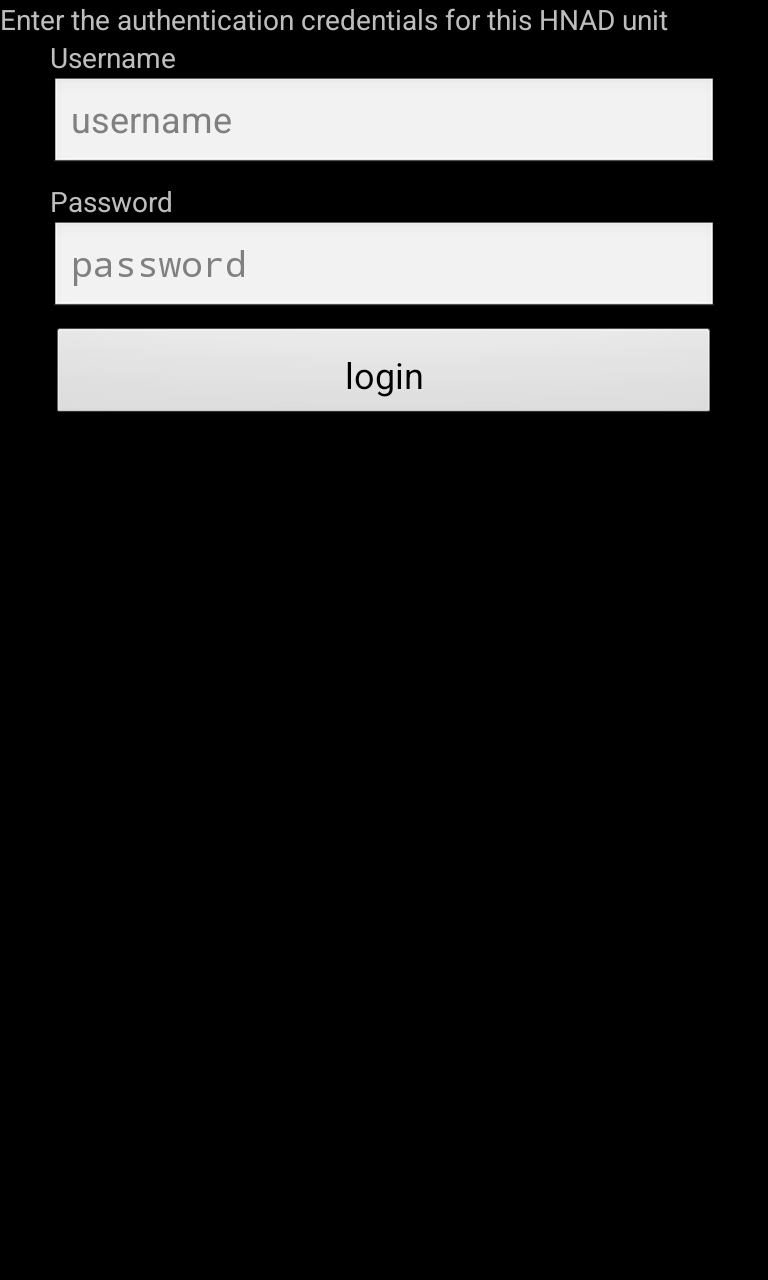
Repository: sergioenriquez/CSTE
Layout: HNAD/res/layout/login.xml
The author's editor kept a copy of each file at every save. The layout is drawn from the files as they stood at one save, then again after the next save.
It is drawn on a 768 x 1280 px phone screen (xhdpi) without system bars, with theme android:Theme.NoTitleBar; the app's code is not run.

Above is the layout before, as saved 2011-12-18 03:14:14.

### HNAD/res/layout/login.xml
<?xml version="1.0" encoding="utf-8"?>
<LinearLayout
    xmlns:android="http://schemas.android.com/apk/res/android"
    android:orientation="vertical"
    android:layout_width="fill_parent"
    android:layout_height="fill_parent">
    <TextView
	    android:layout_width="fill_parent"
	    android:layout_height="wrap_content"
	    android:text="Enter the authentication credentials for this HNAD unit" />
	<TextView
	    android:layout_width="fill_parent"
	    android:layout_height="wrap_content"
	    android:layout_marginLeft="25dp"
	    android:text="Username" />
	<EditText
        android:id="@+id/authUserLink"
        android:layout_width="match_parent"
        android:layout_height="wrap_content"
        android:layout_marginLeft="25dp"
        android:layout_marginRight="25dp"
        android:layout_marginBottom="5dp"
        android:inputType="text"
        android:singleLine="true"
        android:hint="username" />
	<TextView
	    android:layout_width="fill_parent"
	    android:layout_height="wrap_content"
	    android:layout_marginLeft="25dp"
	    android:text="Password" />
	<EditText
        android:id="@+id/authPassword"
        android:layout_width="match_parent"
        android:layout_height="wrap_content"
        android:layout_marginLeft="25dp"
        android:layout_marginRight="25dp"
        android:layout_marginBottom="5dp"
        android:password="true"
        android:singleLine="true"
        android:hint="password" />
	<LinearLayout
        android:orientation="horizontal"
        android:layout_width="match_parent"
        android:layout_height="wrap_content"
        android:layout_marginLeft="25dp"
        android:layout_marginRight="25dp">

	    <Button
	        android:id="@+id/authLogin"
	        android:text="login"
            android:layout_height="wrap_content"
            android:layout_width="match_parent"
            android:textSize="18dp"
            android:singleLine="true"
            android:layout_weight="3"
            android:layout_gravity="right"
            android:padding="12dp"
            android:gravity="center" />
	    <CheckBox
	        android:id="@+id/remember"
	        android:text="Remember account"/>
    </LinearLayout>
</LinearLayout>

After the next save:
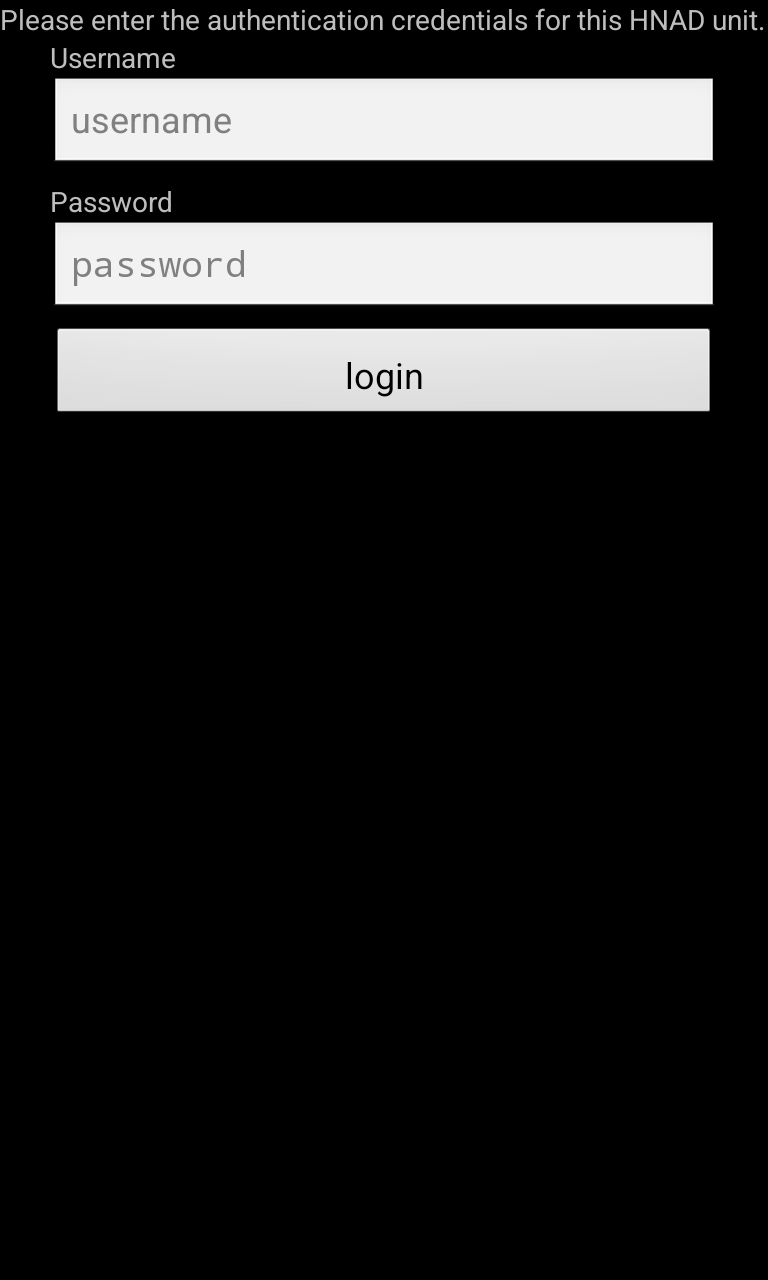
Saved 102 s later.
--- a/HNAD/res/layout/login.xml
+++ b/HNAD/res/layout/login.xml
@@ -7,7 +7,7 @@
     <TextView
 	    android:layout_width="fill_parent"
 	    android:layout_height="wrap_content"
-	    android:text="Enter the authentication credentials for this HNAD unit" />
+	    android:text="Please enter the authentication credentials for this HNAD unit." />
 	<TextView
 	    android:layout_width="fill_parent"
 	    android:layout_height="wrap_content"
